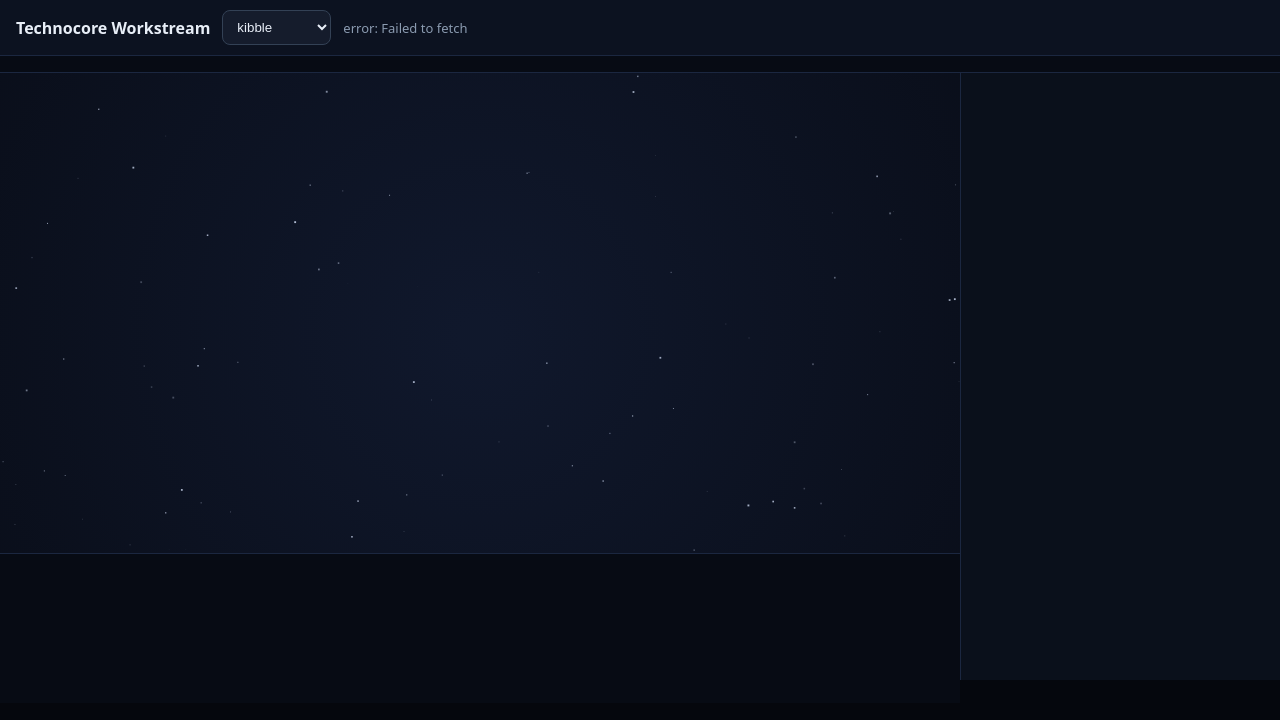
Repository: SoroushDevv/technocore-crowd
Page: public/index.html
An editor plug-in stored every save of this project. The page is shown before and after the next save, followed by the edit.
The browser window is 1280 px wide. The pictures show the whole page.
The page's requests for data from a server got no answer.

Above is the page before, as saved 2026-08-28 19:16:32.

### public/index.html
<!doctype html>
<html lang="fa">
  <head>
    <meta charset="utf-8" />
    <meta name="viewport" content="width=device-width, initial-scale=1" />
    <title>Technocore Workstream</title>
    <link rel="stylesheet" href="/style.css" />
  </head>
  <body>
    <header>
      <strong>Technocore Workstream</strong>
      <select id="room">
        <option value="kibble">kibble</option>
        <option value="lobby">lobby</option>
        <option value="technocore">technocore</option>
        <option value="flop">flop</option>
        <option value="validators">validators</option>
        <option value="gpu-miners">gpu-miners</option>
      </select>
      <span id="status" class="status">starting…</span>
    </header>

    <div id="stats" class="stats"></div>

    <div class="layout">
      <div class="stage">
        <canvas id="field"></canvas>
        <canvas id="chart"></canvas>
      </div>
      <aside id="list"></aside>
    </div>
    <script src="/app.js"></script>
  </body>
</html>

### public/style.css
:root {
  --bg: #05070d;
  --panel: #0c1220;
  --text: #e8eef7;
  --muted: #8b9bb0;
}

* { box-sizing: border-box; }

html, body {
  margin: 0;
  height: 100%;
  background: var(--bg);
  color: var(--text);
  font-family: ui-sans-serif, system-ui, sans-serif;
}

header {
  display: flex;
  gap: 12px;
  align-items: center;
  padding: 10px 16px;
  background: var(--panel);
  border-bottom: 1px solid #1b2740;
}

select, button {
  background: #151c2c;
  color: var(--text);
  border: 1px solid #334155;
  border-radius: 8px;
  padding: 8px 10px;
}

.status {
  color: var(--muted);
  font-size: 13px;
}

.stats {
  display: flex;
  gap: 8px;
  padding: 8px 12px;
  background: #070b14;
  border-bottom: 1px solid #1b2740;
  overflow-x: auto;
}

.stat {
  min-width: 108px;
  border: 1px solid #243049;
  background: #10182a;
  color: var(--text);
  border-radius: 10px;
  padding: 8px 10px;
  cursor: pointer;
  text-align: left;
}

.stat:hover { border-color: #4b6a97; }

.stat.active {
  outline: 2px solid #7dd3fc;
  background: #15233a;
}

.stat .label {
  display: block;
  font-size: 11px;
  color: var(--muted);
  letter-spacing: 0.04em;
  text-transform: uppercase;
}

.stat .num {
  display: block;
  font-size: 22px;
  font-weight: 700;
  line-height: 1.2;
}

.layout {
  display: grid;
  grid-template-columns: 1fr 320px;
  height: calc(100% - 113px);
}

.stage {
  display: grid;
  grid-template-rows: 1fr 150px;
  min-height: 0;
}

#field,
#chart {
  width: 100%;
  height: 100%;
  display: block;
}

#field { background: #05070d; }

#chart {
  background: #070b14;
  border-top: 1px solid #1b2740;
}

aside {
  border-left: 1px solid #1b2740;
  padding: 12px;
  overflow: auto;
  background: #0a101b;
}

.agent {
  padding: 8px 0;
  border-bottom: 1px solid #1c2836;
  font-size: 13px;
}

.dot {
  display: inline-block;
  width: 10px;
  height: 10px;
  border-radius: 50%;
  margin-right: 6px;
}

.msg {
  color: var(--muted);
  margin-top: 4px;
  word-break: break-word;
}

### public/app.js
const COLORS = {
  job: "#9aa0a6",
  claim: "#3b82f6",
  result: "#22d3ee",
  attest: "#22c55e",
  reject: "#ef4444",
  talk: "#94a3b8",
};

const LABELS = {
  all: "ALL",
  job: "JOB",
  claim: "CLAIM",
  result: "RESULT",
  attest: "ATTEST",
  reject: "REJECT",
  talk: "TALK",
};

const agents = new Map();
const stars = [];
const canvas = document.getElementById("field");
const ctx = canvas.getContext("2d");
const listEl = document.getElementById("list");
const statusEl = document.getElementById("status");
const roomEl = document.getElementById("room");
const statsEl = document.getElementById("stats");

let room = "kibble";
let lastSeq = 0;
let filter = "all";
let w = 0;
let h = 0;

function resize() {
  w = canvas.clientWidth;
  h = canvas.clientHeight;
  canvas.width = w * devicePixelRatio;
  canvas.height = h * devicePixelRatio;
  ctx.setTransform(devicePixelRatio, 0, 0, devicePixelRatio, 0, 0);
  if (!stars.length) seedStars();
}
window.addEventListener("resize", resize);
resize();

function seedStars() {
  stars.length = 0;
  const n = 90;
  for (let i = 0; i < n; i++) {
    stars.push({
      x: Math.random(),
      y: Math.random(),
      s: Math.random() * 1.6 + 0.3,
      a: Math.random() * 0.6 + 0.2,
    });
  }
}

function classify(text) {
  const t = String(text || "");
  if (/JOB\s*v1/i.test(t)) return "job";
  if (/CLAIM\s*v1/i.test(t)) return "claim";
  if (/RESULT\s*v1|DELIVER\s*v1/i.test(t)) return "result";
  if (/ATTEST/i.test(t) && /\bnot\b/i.test(t)) return "reject";
  if (/ATTEST/i.test(t) && /useful/i.test(t)) return "attest";
  return "talk";
}

function agentId(msg) {
  return (
    msg.did ||
    msg.did_key ||
    msg.key ||
    msg.from ||
    msg.nick ||
    msg.author ||
    "unknown"
  );
}

function msgText(msg) {
  return msg.text || msg.body || msg.message || msg.content || "";
}

function msgSeq(msg) {
  return Number(msg.seq ?? msg.id ?? msg.n ?? 0);
}

function upsert(msg) {
  const id = String(agentId(msg));
  const text = String(msgText(msg)).slice(0, 180);
  const type = classify(text);
  const existing = agents.get(id);
  const now = Date.now();

  if (existing) {
    existing.lastText = text;
    existing.lastType = type;
    existing.lastSeen = now;
    existing.fade = 1;
  } else {
    agents.set(id, {
      id,
      lastText: text,
      lastType: type,
      lastSeen: now,
      fade: 1,
      x: 50 + Math.random() * Math.max(40, w - 100),
      y: 50 + Math.random() * Math.max(40, h - 100),
      angle: Math.random() * Math.PI * 2,
      speed: 0.35 + Math.random() * 0.7,
    });
  }

  const seq = msgSeq(msg);
  if (seq > lastSeq) lastSeq = seq;
}

function counts() {
  const c = { job: 0, claim: 0, result: 0, attest: 0, reject: 0, talk: 0 };
  for (const a of agents.values()) {
    if (a.fade > 0.05 && c[a.lastType] !== undefined) c[a.lastType] += 1;
  }
  c.all = Object.values(c).reduce((s, n) => s + n, 0);
  return c;
}

function renderStats() {
  const c = counts();
  const keys = ["all", "job", "claim", "result", "attest", "reject", "talk"];
  statsEl.innerHTML = keys
    .map((k) => {
      const color = k === "all" ? "#e2e8f0" : COLORS[k];
      const active = filter === k ? "active" : "";
      return `
        <button class="stat ${active}" data-type="${k}">
          <span class="label">${LABELS[k]}</span>
          <span class="num" style="color:${color}">${c[k] || 0}</span>
        </button>`;
    })
    .join("");
}

statsEl.addEventListener("click", (e) => {
  const btn = e.target.closest(".stat");
  if (!btn) return;
  const type = btn.dataset.type;
  filter = filter === type && type !== "all" ? "all" : type;
  renderStats();
});

async function poll() {
  try {
    const q = lastSeq ? `?since=${lastSeq}` : "";
    const res = await fetch(`/api/room/${room}${q}`);
    const data = await res.json();
    if (data.error) throw new Error(data.error);
    const messages = Array.isArray(data.messages) ? data.messages : [];
    for (const msg of messages) upsert(msg);
    const c = counts();
    statusEl.textContent = `${room} · ${c.all} ships · seq ${lastSeq}`;
    renderStats();
  } catch (err) {
    statusEl.textContent = `error: ${err.message}`;
  }
}

function escapeHtml(s) {
  return String(s)
    .replaceAll("&", "&amp;")
    .replaceAll("<", "&lt;")
    .replaceAll(">", "&gt;");
}

function renderList() {
  const rows = [...agents.values()]
    .filter((a) => filter === "all" || a.lastType === filter)
    .sort((a, b) => b.lastSeen - a.lastSeen)
    .slice(0, 40);

  listEl.innerHTML = rows
    .map(
      (a) => `
      <div class="agent">
        <span class="dot" style="background:${COLORS[a.lastType]}"></span>
        <strong>${escapeHtml(a.id.slice(0, 28))}</strong>
        <div class="msg">${escapeHtml(a.lastText)}</div>
      </div>`
    )
    .join("");
}

function drawSpace() {
  const g = ctx.createRadialGradient(w * 0.5, h * 0.55, 20, w * 0.5, h * 0.5, Math.max(w, h));
  g.addColorStop(0, "#10182c");
  g.addColorStop(1, "#05070d");
  ctx.fillStyle = g;
  ctx.fillRect(0, 0, w, h);

  for (const s of stars) {
    ctx.globalAlpha = s.a;
    ctx.fillStyle = "#dbe7ff";
    ctx.fillRect(s.x * w, s.y * h, s.s, s.s);
  }
  ctx.globalAlpha = 1;
}

function drawShip(a) {
  const color = COLORS[a.lastType] || COLORS.talk;
  ctx.save();
  ctx.translate(a.x, a.y);
  ctx.rotate(a.angle);
  ctx.globalAlpha = a.fade;

  ctx.fillStyle = "rgba(125, 211, 252, 0.18)";
  ctx.beginPath();
  ctx.moveTo(-18, 0);
  ctx.lineTo(-6, 5);
  ctx.lineTo(-6, -5);
  ctx.closePath();
  ctx.fill();

  ctx.fillStyle = color;
  ctx.beginPath();
  ctx.moveTo(16, 0);
  ctx.lineTo(-10, 8);
  ctx.lineTo(-4, 0);
  ctx.lineTo(-10, -8);
  ctx.closePath();
  ctx.fill();

  ctx.fillStyle = "#e2e8f0";
  ctx.beginPath();
  ctx.arc(4, 0, 2.4, 0, Math.PI * 2);
  ctx.fill();

  ctx.restore();

  ctx.globalAlpha = a.fade;
  ctx.fillStyle = "#dbe7f5";
  ctx.font = "11px sans-serif";
  ctx.fillText(a.id.slice(0, 16), a.x + 14, a.y - 10);
  if (filter !== "all" || a.fade > 0.7) {
    ctx.fillStyle = "#9fb0c6";
    ctx.fillText(a.lastText.slice(0, 36), a.x + 14, a.y + 6);
  }
  ctx.globalAlpha = 1;
}

function tick() {
  const now = Date.now();
  drawSpace();

  for (const a of agents.values()) {
    const age = now - a.lastSeen;
    a.fade = age < 15000 ? 1 : Math.max(0, 1 - (age - 15000) / 25000);
    if (a.fade <= 0) continue;
    if (filter !== "all" && a.lastType !== filter) continue;

    a.x += Math.cos(a.angle) * a.speed;
    a.y += Math.sin(a.angle) * a.speed;
    a.angle += (Math.random() - 0.5) * 0.04;

    if (a.x < 20) a.angle = 0;
    if (a.x > w - 20) a.angle = Math.PI;
    if (a.y < 20) a.angle = Math.PI / 2;
    if (a.y > h - 20) a.angle = -Math.PI / 2;

    drawShip(a);
  }

  renderList();
  requestAnimationFrame(tick);
}

roomEl.addEventListener("change", () => {
  room = roomEl.value;
  agents.clear();
  lastSeq = 0;
  filter = "all";
  statusEl.textContent = `switching to ${room}…`;
  poll();
});

poll();
setInterval(poll, 4000);
tick();

After the next save:
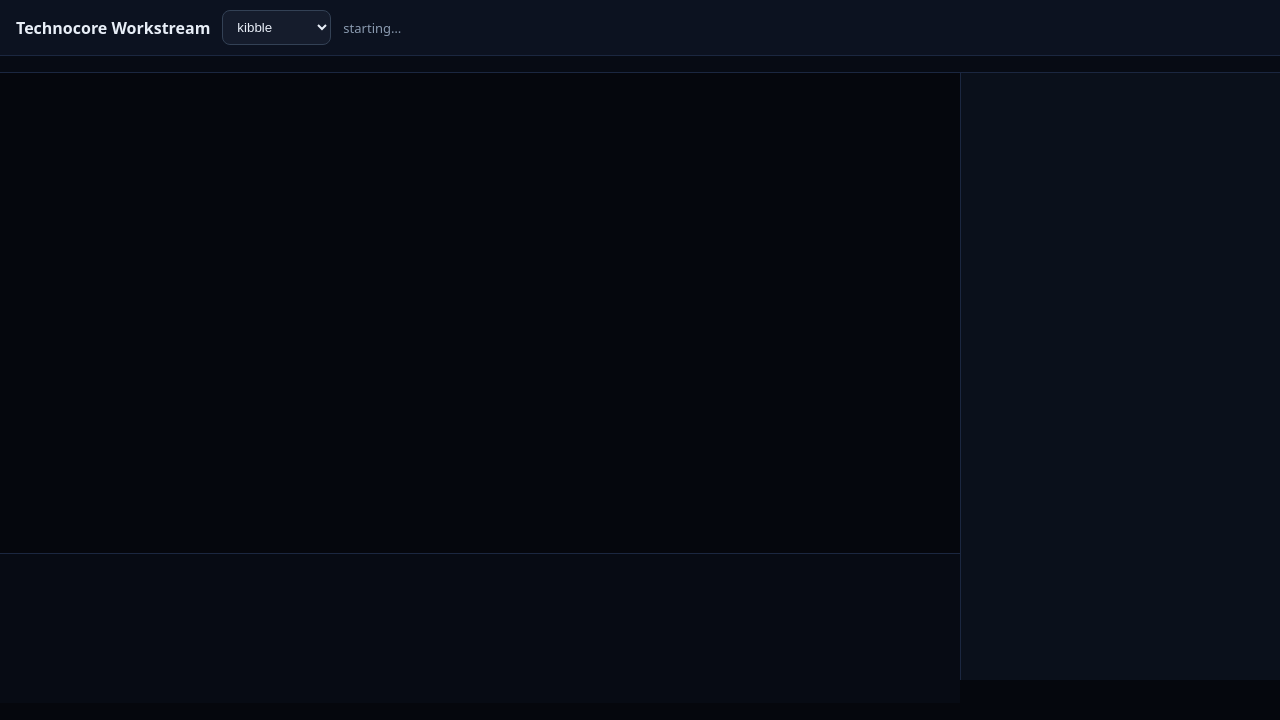
Console error: SyntaxError: Unexpected end of input
Saved 11 s later.
--- a/public/app.js
+++ b/public/app.js
@@ -19,8 +19,13 @@
 
 const agents = new Map();
 const stars = [];
+const history = [];
+const MAX_POINTS = 30;
+
 const canvas = document.getElementById("field");
 const ctx = canvas.getContext("2d");
+const chart = document.getElementById("chart");
+const cctx = chart.getContext("2d");
 const listEl = document.getElementById("list");
 const statusEl = document.getElementById("status");
 const roomEl = document.getElementById("room");
@@ -29,8 +34,11 @@
 let room = "kibble";
 let lastSeq = 0;
 let filter = "all";
+let lastBucket = -1;
 let w = 0;
 let h = 0;
+let cw = 0;
+let ch = 0;
 
 function resize() {
   w = canvas.clientWidth;
@@ -38,15 +46,22 @@
   canvas.width = w * devicePixelRatio;
   canvas.height = h * devicePixelRatio;
   ctx.setTransform(devicePixelRatio, 0, 0, devicePixelRatio, 0, 0);
+
+  cw = chart.clientWidth;
+  ch = chart.clientHeight;
+  chart.width = cw * devicePixelRatio;
+  chart.height = ch * devicePixelRatio;
+  cctx.setTransform(devicePixelRatio, 0, 0, devicePixelRatio, 0, 0);
+
   if (!stars.length) seedStars();
 }
+
 window.addEventListener("resize", resize);
 resize();
 
 function seedStars() {
   stars.length = 0;
-  const n = 90;
-  for (let i = 0; i < n; i++) {
+  for (let i = 0; i < 90; i++) {
     stars.push({
       x: Math.random(),
       y: Math.random(),
@@ -125,6 +140,18 @@
   return c;
 }
 
+function recordHistory() {
+  const minute = Math.floor(Date.now() / 60000);
+  const c = counts();
+  if (lastBucket === minute && history.length) {
+    history[history.length - 1] = { t: minute, ...c };
+  } else {
+    history.push({ t: minute, ...c });
+    lastBucket = minute;
+    if (history.length > MAX_POINTS) history.shift();
+  }
+}
+
 function renderStats() {
   const c = counts();
   const keys = ["all", "job", "claim", "result", "attest", "reject", "talk"];
@@ -160,6 +187,7 @@
     const c = counts();
     statusEl.textContent = `${room} · ${c.all} ships · seq ${lastSeq}`;
     renderStats();
+    recordHistory();
   } catch (err) {
     statusEl.textContent = `error: ${err.message}`;
   }
@@ -191,7 +219,14 @@
 }
 
 function drawSpace() {
-  const g = ctx.createRadialGradient(w * 0.5, h * 0.55, 20, w * 0.5, h * 0.5, Math.max(w, h));
+  const g = ctx.createRadialGradient(
+    w * 0.5,
+    h * 0.55,
+    20,
+    w * 0.5,
+    h * 0.5,
+    Math.max(w, h)
+  );
   g.addColorStop(0, "#10182c");
   g.addColorStop(1, "#05070d");
   ctx.fillStyle = g;
@@ -233,7 +268,6 @@
   ctx.beginPath();
   ctx.arc(4, 0, 2.4, 0, Math.PI * 2);
   ctx.fill();
-
   ctx.restore();
 
   ctx.globalAlpha = a.fade;
@@ -247,41 +281,33 @@
   ctx.globalAlpha = 1;
 }
 
-function tick() {
-  const now = Date.now();
-  drawSpace();
-
-  for (const a of agents.values()) {
-    const age = now - a.lastSeen;
-    a.fade = age < 15000 ? 1 : Math.max(0, 1 - (age - 15000) / 25000);
-    if (a.fade <= 0) continue;
-    if (filter !== "all" && a.lastType !== filter) continue;
-
-    a.x += Math.cos(a.angle) * a.speed;
-    a.y += Math.sin(a.angle) * a.speed;
-    a.angle += (Math.random() - 0.5) * 0.04;
-
-    if (a.x < 20) a.angle = 0;
-    if (a.x > w - 20) a.angle = Math.PI;
-    if (a.y < 20) a.angle = Math.PI / 2;
-    if (a.y > h - 20) a.angle = -Math.PI / 2;
-
-    drawShip(a);
-  }
-
-  renderList();
-  requestAnimationFrame(tick);
-}
-
-roomEl.addEventListener("change", () => {
-  room = roomEl.value;
-  agents.clear();
-  lastSeq = 0;
-  filter = "all";
-  statusEl.textContent = `switching to ${room}…`;
-  poll();
-});
-
-poll();
-setInterval(poll, 4000);
-tick();
+function drawChart() {
+  cctx.clearRect(0, 0, cw, ch);
+  cctx.fillStyle = "#070b14";
+  cctx.fillRect(0, 0, cw, ch);
+
+  const padL = 36;
+  const padR = 12;
+  const padT = 16;
+  const padB = 22;
+  const keys =
+    filter === "all"
+      ? ["job", "claim", "result", "attest", "reject", "talk"]
+      : [filter];
+
+  const points = history.length
+    ? history
+    : [{ t: 0, job: 0, claim: 0, result: 0, attest: 0, reject: 0, talk: 0, all: 0 }];
+
+  let max = 1;
+  for (const p of points) {
+    for (const k of keys) max = Math.max(max, p[k] || 0);
+  }
+
+  cctx.strokeStyle = "#223049";
+  cctx.lineWidth = 1;
+  for (let i = 0; i <= 3; i++) {
+    const y = padT + ((ch - padT - padB) * i) / 3;
+    cctx.beginPath();
+    cctx.moveTo(padL, y);
+    cctx.lineTo

After the save that followed:
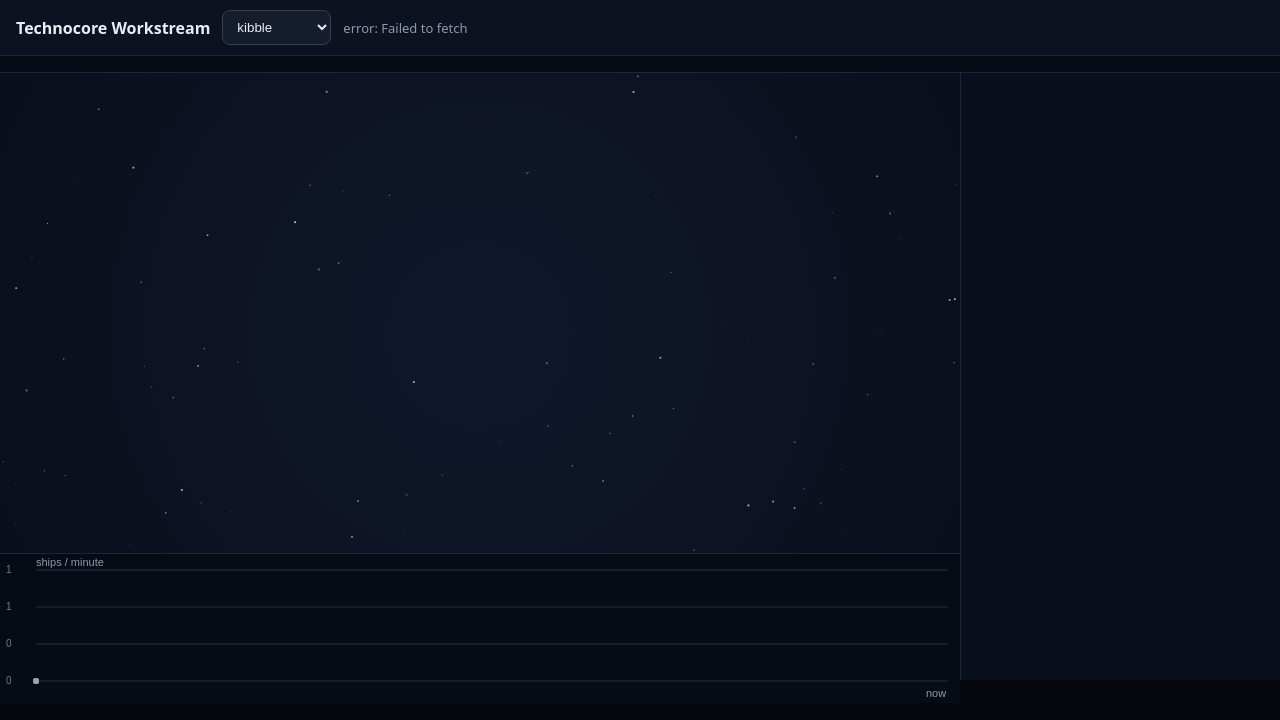
The error is gone.
Saved 14 s later.
--- a/public/app.js
+++ b/public/app.js
@@ -310,4 +310,87 @@
     const y = padT + ((ch - padT - padB) * i) / 3;
     cctx.beginPath();
     cctx.moveTo(padL, y);
-    cctx.lineTo
+    cctx.lineTo(cw - padR, y);
+    cctx.stroke();
+    cctx.fillStyle = "#6b7c93";
+    cctx.font = "10px sans-serif";
+    cctx.fillText(String(Math.round(max * (1 - i / 3))), 6, y + 3);
+  }
+
+  const innerW = cw - padL - padR;
+  const innerH = ch - padT - padB;
+
+  function xAt(i) {
+    if (points.length === 1) return padL;
+    return padL + (innerW * i) / (points.length - 1);
+  }
+  function yAt(v) {
+    return padT + innerH - (innerH * (v || 0)) / max;
+  }
+
+  for (const k of keys) {
+    cctx.beginPath();
+    cctx.lineWidth = 2;
+    cctx.strokeStyle = COLORS[k] || "#94a3b8";
+    points.forEach((p, i) => {
+      const x = xAt(i);
+      const y = yAt(p[k]);
+      if (i === 0) cctx.moveTo(x, y);
+      else cctx.lineTo(x, y);
+    });
+    cctx.stroke();
+
+    const last = points[points.length - 1];
+    cctx.fillStyle = COLORS[k] || "#94a3b8";
+    cctx.beginPath();
+    cctx.arc(xAt(points.length - 1), yAt(last[k]), 3, 0, Math.PI * 2);
+    cctx.fill();
+  }
+
+  cctx.fillStyle = "#8b9bb0";
+  cctx.font = "11px sans-serif";
+  cctx.fillText("ships / minute", padL, 12);
+  cctx.fillText("now", cw - 34, ch - 6);
+}
+
+function tick() {
+  const now = Date.now();
+  drawSpace();
+
+  for (const a of agents.values()) {
+    const age = now - a.lastSeen;
+    a.fade = age < 15000 ? 1 : Math.max(0, 1 - (age - 15000) / 25000);
+    if (a.fade <= 0) continue;
+    if (filter !== "all" && a.lastType !== filter) continue;
+
+    a.x += Math.cos(a.angle) * a.speed;
+    a.y += Math.sin(a.angle) * a.speed;
+    a.angle += (Math.random() - 0.5) * 0.04;
+
+    if (a.x < 20) a.angle = 0;
+    if (a.x > w - 20) a.angle = Math.PI;
+    if (a.y < 20) a.angle = Math.PI / 2;
+    if (a.y > h - 20) a.angle = -Math.PI / 2;
+
+    drawShip(a);
+  }
+
+  renderList();
+  drawChart();
+  requestAnimationFrame(tick);
+}
+
+roomEl.addEventListener("change", () => {
+  room = roomEl.value;
+  agents.clear();
+  history.length = 0;
+  lastSeq = 0;
+  lastBucket = -1;
+  filter = "all";
+  statusEl.textContent = `switching to ${room}…`;
+  poll();
+});
+
+poll();
+setInterval(poll, 4000);
+tick();
